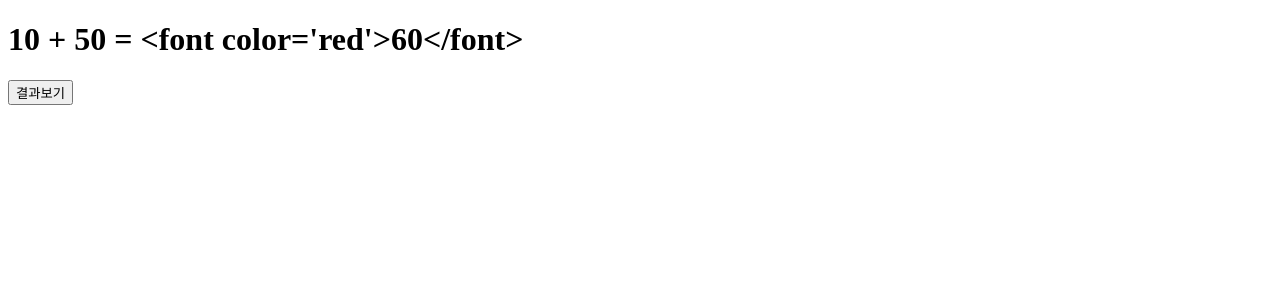
Repository: codelily98/Web
Page: JavaScript/src/main/webapp/javascript/exam15.html
These files come from the project's save history. The page is drawn as it stood at one moment and after the next save; the edit follows.
The browser window is 1280 px wide. The pictures show the whole page.
After loading, the first visible `input` was clicked once.

Above is the page before, as saved 2024-08-19 08:19:17.

After the next save:
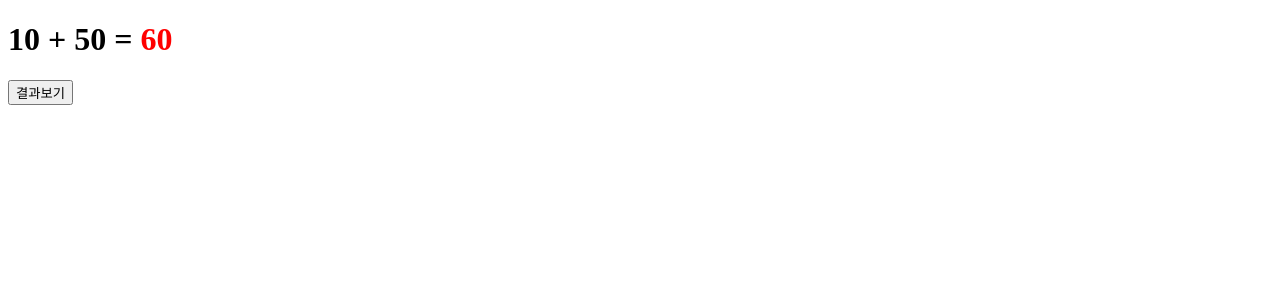
Saved 40 s later.
--- a/JavaScript/src/main/webapp/javascript/exam15.html
+++ b/JavaScript/src/main/webapp/javascript/exam15.html
@@ -20,7 +20,8 @@ function printResult() {
 	/* alert(myTag); */
 	/* alert(myTag.tagName);  //대문자로 가져옴 SPAN */
 
-	myTag.innerText = "<font color='red'>" + result + "</font>";
+	/* myTag.innerText = "<font color='red'>" + result + "</font>"; */
+	myTag.innerHTML = "<font color='red'>" + result + "</font>";
 }
 </script>
 </body>
